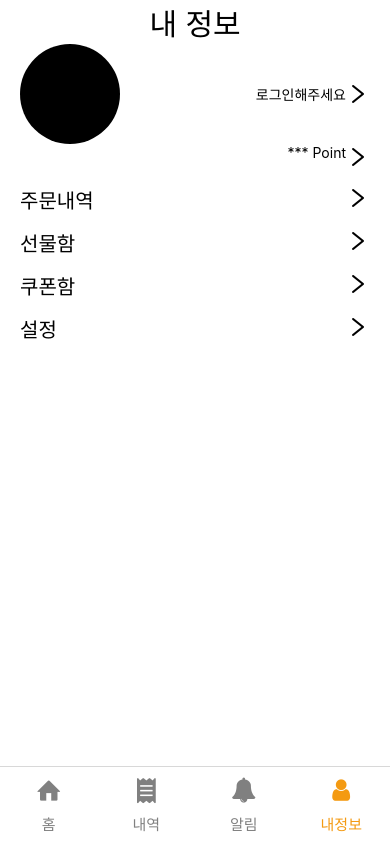
Repository: Unique0902/GachiDutch
Screen: /User
These files come from the project's save history. The screen is drawn as it stood at one moment and after the next save; the edit follows.
The app was drawn by React Native's web renderer in a window 390 px wide. The project was rebuilt for these pictures with package versions that can differ from the ones it lists, and the page was loaded fresh each time. Some packages were replaced by stand-ins written for this rebuild. Also part of the build but not shown: sources/components/lowBar/lowBar.jsx, sources/components/taxi/taxi.jsx, sources/components/alarm/alert.js, sources/components/alarm/alarm.jsx, sources/components/dutch_history/dutch_history.jsx, sources/components/dutchpay_historys/dutchpay_historys.jsx, sources/components/delivery_historys/delivery_historys.jsx, sources/components/taxi_historys/taxi_historys.jsx and 3 more.

Above is the screen before, as saved 2022-11-11 16:27:48.

### App.js
import React from 'react';
import { StyleSheet, Text, View, Image } from 'react-native';
import Home from './sources/components/home/home';
import { NavigationContainer } from '@react-navigation/native';
import { createNativeStackNavigator } from '@react-navigation/native-stack';
import Taxi from './sources/components/taxi/taxi';
import Main from './sources/routes/main/main';
import Login from './sources/routes/login/login';
import HttpClient from './sources/network/http.js';
import ReceiptService from './sources/services/receipt.js';
import Ready from './sources/components/ready/ready';

const Stack = createNativeStackNavigator();
const baseURL = 'https://dutch-server.herokuapp.com';
const httpClient = new HttpClient(baseURL);
const receiptService = new ReceiptService(baseURL);

export default function App() {
  return (
    <>
      <NavigationContainer>
        <Stack.Navigator screenOptions={{ headerShown: false }}>
          <Stack.Screen
            name='Main'
            children={({ navigation, route }) => (
              <Main
                receiptService={receiptService}
                navigation={navigation}
                route={route}
              />
            )}
          />
          <Stack.Screen name='Taxi' component={Taxi} />
          <Stack.Screen name='Login' component={Login} />
          <Stack.Screen name='Ready' component={Ready} />
        </Stack.Navigator>
      </NavigationContainer>
    </>
  );
}

const styles = StyleSheet.create({
  header: {
    flexDirection: 'row',
    alignItems: 'center',
    justifyContent: 'space-between',
    margin: 25,
  },
  main: {},
  container: {
    flex: 1,
    backgroundColor: '#fff',
    alignItems: 'center',
    justifyContent: 'center',
  },
  logo: {
    width: 150,
    height: 30,
  },
});

### sources/components/home/home.jsx
import React, { useRef, useState, useEffect } from 'react';
import {
  StyleSheet,
  Text,
  View,
  Image,
  Button,
  Pressable,
  ScrollView,
  Dimensions,
} from 'react-native';
import { Entypo } from '@expo/vector-icons';
import { FontAwesome } from '@expo/vector-icons';
import { FontAwesome5 } from '@expo/vector-icons';
import LowBar from '../lowBar/lowBar';
import { isLogin, getUid } from '../../services/asyncstorage';
import { StatusBar } from 'react-native';

const Home = ({ login, setLogin, navigation, setUserData, userData }) => {
  const [scrollNum, setScrollNum] = useState(1);
  const windowWidth = Dimensions.get('window').width;
  const statusBarHeight = StatusBar.currentHeight;
  const headerStyle = {
    marginTop: statusBarHeight,
  };
  let advertisementWidth = windowWidth - 40;
  const scrollWidth = parseInt(advertisementWidth);
  let scrollLeft = 0;

  const advertisementStyle = () => {
    return {
      width: advertisementWidth,
    };
  };
  const pageCircleStyle = (num) => {
    if (scrollNum === num) {
      return {
        color: '#FB9700',
      };
    } else {
      return {
        color: '#FFFDD1',
      };
    }
  };
  const scrollRef = useRef();
  return (
    <View style={[styles.home, headerStyle]}>
      <View style={styles.top}>
        <View style={styles.header}>
          <Image
            source={require('../../images/dutch_logo.png')}
            style={styles.logo}
          />
          <Pressable
            onPress={() => {
              navigation.navigate('Ready');
            }}
          >
            <Entypo name='menu' size={35} color='black' />
          </Pressable>
        </View>
        <View style={styles.mainTop}>
          {login ? (
            <View style={styles.onLogin}>
              <Text style={styles.onLoginText}>
                {userData && userData.name}님 반가워요!
              </Text>
            </View>
          ) : (
            <View style={styles.login}>
              <View style={styles.loginTop}>
                <Pressable
                  style={styles.loginBtn}
                  onPress={() =>
                    navigation.navigate('Login', { setLogin, setUserData })
                  }
                >
                  <Text style={[styles.loginText, styles.loginBtnText]}>
                    로그인
                  </Text>
                </Pressable>
                <Text style={styles.loginText}>하시고</Text>
              </View>
              <Text style={styles.loginText}>다양한 혜택을 만나 보세요!</Text>
            </View>
          )}
          <View style={styles.advertisementBox}>
            <ScrollView
              horizontal
              pagingEnabled
              contentContainerStyle={styles.advertisementScroll}
              ref={scrollRef}
              onScroll={(e) => {
                scrollLeft = parseInt(e.nativeEvent.contentOffset.x);
                if (scrollLeft % scrollWidth < 10) {
                  setScrollNum(parseInt(scrollLeft / scrollWidth + 1));
                }
              }}
              scrollEventThrottle={100}
              showsHorizontalScrollIndicator={false}
            >
              <Pressable
                style={[styles.advertisement, advertisementStyle()]}
                onPress={() => {
                  navigation.navigate('Ready');
                }}
              >
                <Image
                  source={require('../../images/advertisement_img.png')}
                  style={styles.advertisementImg}
                />
                <Text style={styles.advertisementText}>
                  같이 더치로{'\n'}편리하게 이용하세요
                </Text>
              </Pressable>
              <Pressable
                style={[styles.advertisement, advertisementStyle()]}
                onPress={() => {
                  navigation.navigate('Ready');
                }}
              >
                <Image
                  source={require('../../images/advertisement_img.png')}
                  style={styles.advertisementImg}
                />
                <Text style={styles.advertisementText}>
                  같이 더치로{'\n'}편리하게 이용하세요
                </Text>
              </Pressable>
              <Pressable
                style={[styles.advertisement, advertisementStyle()]}
                onPress={() => {
                  navigation.navigate('Ready');
                }}
              >
                <Image
                  source={require('../../images/advertisement_img.png')}
                  style={styles.advertisementImg}
                />
                <Text style={styles.advertisementText}>
                  같이 더치로{'\n'}편리하게 이용하세요
                </Text>
              </Pressable>
              <Pressable
                style={[styles.advertisement, advertisementStyle()]}
                onPress={() => {
                  navigation.navigate('Ready');
                }}
              >
                <Image
                  source={require('../../images/advertisement_img.png')}
                  style={styles.advertisementImg}
                />
                <Text style={styles.advertisementText}>
                  같이 더치로{'\n'}편리하게 이용하세요
                </Text>
              </Pressable>
            </ScrollView>
            <View style={styles.pageCircles}>
              <FontAwesome
                style={[styles.pageCircle, pageCircleStyle(1)]}
                name='circle'
                size={10}
                color='white'
              />
              <FontAwesome
                style={[styles.pageCircle, pageCircleStyle(2)]}
                name='circle'
                size={10}
                color='white'
              />
              <FontAwesome
                style={[styles.pageCircle, pageCircleStyle(3)]}
                name='circle'
                size={10}
                color='white'
              />
              <FontAwesome
                style={[styles.pageCircle, pageCircleStyle(4)]}
                name='circle'
                size={10}
                color='white'
              />
            </View>
          </View>
        </View>
      </View>
      <Pressable
        style={styles.event}
        onPress={() => {
          navigation.navigate('Ready');
        }}
      >
        <View>
          <Text style={[styles.eventText, { fontSize: 20 }]}>
            이벤트 {'   '}|
          </Text>
        </View>
        <Text style={[styles.eventText, { fontSize: 15, marginLeft: 20 }]}>
          같이더치 월 결제로 10% 할인받자!
        </Text>
        <Text style={[styles.eventText, { fontSize: 20, marginLeft: 20 }]}>
          {'>'}
        </Text>
      </Pressable>

      <View style={styles.mainBottom}>
        <View style={styles.categories}>
          <View style={styles.topBtns}>
            <View style={styles.btnShadow}>
              <Pressable
                style={styles.goodsBtn}
                onPress={() => {
                  if (login) {
                    navigation.navigate('Taxi', { userData });
                  } else {
                    navigation.navigate('Login', { setLogin, setUserData });
                  }
                }}
              >
                <Image
                  source={require('../../images/taxi_img.png')}
                  style={styles.taxiImg}
                />
                <Text style={[styles.goodText, { marginTop: 20 }]}>택시</Text>
              </Pressable>
            </View>
            <View style={styles.btnShadow}>
              <Pressable
                style={styles.goodsBtn}
                onPress={() => {
                  navigation.navigate('Ready');
                }}
              >
                <Image
                  source={require('../../images/delivery_img.png')}
                  style={styles.taxiImg}
                />
                <Text style={[styles.goodText, { marginTop: 20 }]}>배달</Text>
              </Pressable>
            </View>
          </View>
          <View style={styles.downBtns}>
            <View style={styles.btnShadow}>
              <Pressable
                style={styles.downGoodsBtn}
                onPress={() => {
                  navigation.navigate('Ready');
                }}
              >
                <Image
                  source={require('../../images/taxi_human_img.png')}
                  style={styles.peopleImg}
                />
                <Text
                  style={[styles.goodText, { marginRight: 20, marginLeft: 20 }]}
                >
                  지인끼리
                </Text>
                <Image
                  source={require('../../images/location_img.png')}
                  style={styles.peopleImg}
                />
              </Pressable>
            </View>
          </View>
        </View>
      </View>
    </View>
  );
};

export default Home;

const styles = StyleSheet.create({
  home: {
    flex: 1,
    flexDirection: 'column',
  },
  loginText: {
    paddingVertical: 5,
  },
  header: {
    flexDirection: 'row',
    alignItems: 'center',
    justifyContent: 'space-between',
    margin: 0,
    flex: 1,
  },
  mainTop: {
    flex: 6,
  },
  top: {
    flex: 6,
    padding: 20,
  },
  loginBtn: {},
  login: {
    flex: 2,
    marginTop: 15,
  },
  onLogin: {
    flex: 2,
    marginTop: 15,
  },
  onLoginText: {
    marginTop: 10,
    fontSize: 25,
    fontWeight: '600',
    color: '#444444',
  },
  loginTop: {
    flexDirection: 'row',
    alignItems: 'center',
  },
  loginText: {
    fontSize: 18,
    color: '#444444',
  },
  loginBtnText: {
    color: '#F39910',
    textDecorationLine: 'underline',
    textDecorationStyle: 'solid',
    textDecorationColor: '#000',
  },
  mainBottom: {
    flex: 6,
    padding: 15,
  },
  advertisementScroll: {
    borderRadius: 15,
    position: 'relative',
  },
  advertisementBox: {
    flex: 4,
  },
  advertisement: {
    backgroundColor: '#FBBA00',
    borderRadius: 15,
    position: 'relative',
  },
  advertisementText: {
    color: 'white',
    fontSize: 20,
    fontWeight: '800',
    marginLeft: 30,
    marginTop: 25,
  },
  advertisementImg: {
    width: '100%',
    height: '87%',
    position: 'absolute',
    borderRadius: 20,
    bottom: 0,
  },
  pageCircles: {
    flexDirection: 'row',
    position: 'absolute',
    alignItems: 'center',
    bottom: 4,
    left: 140,
  },
  pageCircle: {
    marginLeft: 3,
    marginRight: 3,
  },
  event: {
    flex: 1,
    backgroundColor: '#3C4451',
    flexDirection: 'row',
    justifyContent: 'center',
    alignItems: 'center',
  },
  categories: {
    flex: 1,
  },
  topBtns: {
    flexDirection: 'row',
    flex: 3,
  },
  downBtns: {
    flex: 2,
  },
  goodsBtn: {
    borderRadius: 20,
    backgroundColor: 'white',
    width: '100%',
    height: '100%',
    alignItems: 'center',
    justifyContent: 'center',
  },
  downGoodsBtn: {
    borderRadius: 20,
    backgroundColor: 'white',
    width: '100%',
    height: '100%',
    flexDirection: 'row',
    justifyContent: 'center',
    alignItems: 'center',
  },
  goodText: {
    fontSize: 20,
    fontWeight: '600',
  },
  btnShadow: {
    flex: 1,
    shadowOffset: {
      width: 0,
      height: 1,
    },
    shadowOpacity: 0.18,
    borderRadius: 20,
    shadowRadius: 1.0,
    elevation: 1,
    margin: 5,
  },
  eventText: {
    color: 'white',
  },
  taxiImg: {
    width: 90,
    height: 90,
  },
  peopleImg: {
    width: 60,
    height: 67,
  },
  logo: {
    width: 150,
    height: 30,
  },
});

### sources/routes/main/main.jsx
import React, { useEffect, useRef, useState } from 'react';
import { View, Button, Text } from 'react-native';
import Home from '../../components/home/home';
import LowBar from '../../components/lowBar/lowBar';
import User from '../../components/user/user';
import Alarm from '../../components/alarm/alarm';
import Receipt from '../../components/receipt/receipt';
import { createBottomTabNavigator } from '@react-navigation/bottom-tabs';
import { Entypo } from '@expo/vector-icons';
import { FontAwesome } from '@expo/vector-icons';
import { FontAwesome5 } from '@expo/vector-icons';
import { isLogin, matchUserData } from '../../services/asyncstorage';

const Tab = createBottomTabNavigator();

const Main = ({ receiptService, navigation, route }) => {
  const [login, setLogin] = useState(false);
  const [userData, setUserData] = useState(null);
  useEffect(() => {
    isLogin().then((result) => {
      if (result) {
        setLogin(true);
        console.log('로그인 되어있음!');
        matchUserData(setUserData);
      } else {
        setLogin(false);
        console.log('로그인 안되어있음!');
      }
    });
  }, [login]);
  return (
    <>
      <View style={{ flex: 14 }}>
        <Tab.Navigator
          screenOptions={({ route }) => ({
            tabBarIcon: ({ color, size }) => {
              if (route.name === 'Home') {
                return <Entypo name='home' size={size} color={color} />;
              } else if (route.name === 'Receipt') {
                return (
                  <FontAwesome5 name='receipt' size={size} color={color} />
                );
              } else if (route.name === 'Alarm') {
                return <FontAwesome name='bell' size={size} color={color} />;
              } else if (route.name === 'User') {
                return <FontAwesome name='user' size={size} color={color} />;
              }
            },
            tabBarStyle: { flex: 0.1 },
            tabBarLabelStyle: {
              fontSize: 15,
              marginBottom: 10,
              fontWeight: '500',
            },
            tabBarActiveTintColor: '#F49A11',
            tabBarInactiveTintColor: 'gray',
            headerShown: false,
          })}
        >
          <Tab.Screen
            name='Home'
            options={({ route, navigation }) => {
              return { tabBarLabel: '홈' };
            }}
            children={({ navigation }) => (
              <Home
                login={login}
                setLogin={setLogin}
                navigation={navigation}
                setUserData={setUserData}
                userData={userData}
              />
            )}
          />
          <Tab.Screen
            name='Receipt'
            options={({ route, navigation }) => {
              return { tabBarLabel: '내역' };
            }}
            children={({ navigation, route }) => (
              <Receipt
                login={login}
                navigation={navigation}
                receiptService={receiptService}
                userData={userData}
                route={route}
              />
            )}
          />
          <Tab.Screen
            options={({ route, navigation }) => {
              return { tabBarLabel: '알림' };
            }}
            name='Alarm'
            children={({ navigation }) => (
              <Alarm login={login} navigation={navigation} />
            )}
          />
          <Tab.Screen
            options={({ route, navigation }) => {
              return { tabBarLabel: '내정보' };
            }}
            name='User'
            children={({ navigation }) => (
              <User
                login={login}
                setLogin={setLogin}
                navigation={navigation}
                setUserData={setUserData}
                userData={userData}
              />
            )}
          />
        </Tab.Navigator>
      </View>
    </>
  );
};

export default Main;

### sources/network/http.js
export default class HttpClient {
  constructor(baseURL) {
    this.baseURL = baseURL;
  }

  async fetch(url, options) {
    const res = await fetch(`${this.baseURL}${url}`, {
      ...options,
      headers: {
        'Content-Type': 'application/json',
        ...options.headers,
      },
    });
    let data;
    try {
      data = await res.json();
    } catch (error) {
      console.error(error);
    }

    if (res.status > 299 || res.status < 200) {
      const message =
        data && data.message ? data.message : 'Something went wrong! 🤪';
      const error = new Error(message);
      throw error;
    }
    return data;
  }
}

### sources/services/receipt.js
export default class ReceiptService {
  constructor(http) {
    this.http = http;
  }

  getTexiHistorys = async (userId) => {
    return await fetch(`${this.http}/receipt/all/${userId}`, {
      method: 'GET',
    });
  };
}

### sources/services/asyncstorage.js
import AsyncStorage from '@react-native-async-storage/async-storage';

export const isLogin = async () => {
  try {
    const loginDatas = await AsyncStorage.getItem('loginDatas');
    console.log(loginDatas);
    if (loginDatas) {
      return true;
    } else {
      return false;
    }
  } catch (e) {
    console.error(e);
  }
};

export const logout = async () => {
  try {
    await AsyncStorage.removeItem('loginDatas');
  } catch (error) {
    console.error(error);
  }
};

export const getRefreshToken = async () => {
  try {
    const loginDatas = await AsyncStorage.getItem('loginDatas');
    if (loginDatas) {
      return JSON.parse(loginDatas).refreshToken;
    }
  } catch (e) {
    console.error(e);
  }
};

export const getUid = async () => {
  try {
    const loginDatas = await AsyncStorage.getItem('loginDatas');
    if (loginDatas) {
      return JSON.parse(loginDatas).uid;
    }
  } catch (e) {
    console.error(e);
  }
};

export const matchUserData = async (setUserData) => {
  try {
    const loginDatas = await AsyncStorage.getItem('loginDatas');
    if (loginDatas) {
      return setUserData(JSON.parse(loginDatas));
    }
  } catch (e) {
    console.error(e);
  }
};

### sources/components/user/user.jsx
import React, { useEffect, useRef, useState } from 'react';
import { StatusBar } from 'react-native';
import {
  StyleSheet,
  Text,
  View,
  Pressable,
  ScrollView,
  Image,
} from 'react-native';
import { AntDesign } from '@expo/vector-icons';
import { isLogin, logout } from '../../services/asyncstorage';

export default function User({
  login,
  setLogin,
  navigation,
  setUserData,
  userData,
}) {
  const statusBarHeight = StatusBar.currentHeight;
  const headerStyle = {
    marginTop: statusBarHeight,
  };
  const onProfilePress = () => {
    console.log('profile pressed');
  };
  const onProfileInfoPress = () => {
    if (login) {
    } else {
      navigation.navigate('Login', { setLogin: setLogin });
    }
  };
  useEffect(() => {
    console.log(login);
  }, []);
  return (
    <View style={styles.container}>
      <View>
        <Text style={[styles.header, headerStyle]}>내 정보</Text>
      </View>
      <View>
        <View style={styles.profileArea}>
          <Pressable onPress={onProfilePress}>
            <Image style={styles.profileImage} />
          </Pressable>

          <Pressable
            onPress={() => {
              onProfileInfoPress();
            }}
            style={styles.infoClickArea}
          >
            <View>
              {login ? (
                <>
                  <Text style={styles.pointText}>
                    {userData && userData.name} 님
                  </Text>
                </>
              ) : (
                <>
                  <Text>로그인해주세요</Text>
                </>
              )}
            </View>
            <AntDesign name='right' size={24} color='black' />
          </Pressable>
        </View>

        <Pressable
          style={{
            flexDirection: 'column',
            alignItems: 'flex-end',
            marginBottom: 15,
          }}
        >
          <View style={{ flexDirection: 'row' }}>
            <Text>*** </Text>
            <Text>Point</Text>
            <AntDesign name='right' size={24} color='black' />
          </View>
        </Pressable>
      </View>

      <ScrollView>
        <Pressable style={styles.enterMenu}>
          <Text style={styles.menuText}>주문내역</Text>
          <AntDesign name='right' size={24} color='black' />
        </Pressable>
        <Pressable style={styles.enterMenu}>
          <Text style={styles.menuText}>선물함</Text>
          <AntDesign name='right' size={24} color='black' />
        </Pressable>
        <Pressable style={styles.enterMenu}>
          <Text style={styles.menuText}>쿠폰함</Text>
          <AntDesign name='right' size={24} color='black' />
        </Pressable>
        <Pressable style={styles.enterMenu}>
          <Text style={styles.menuText}>설정</Text>
          <AntDesign name='right' size={24} color='black' />
        </Pressable>
        {login && (
          <Pressable style={styles.logoutBtn}>
            <Text
              style={styles.logoutText}
              onPress={() => {
                logout().then(() => {
                  setLogin(false);
                  console.log('로그아웃됨!');
                  setUserData(null);
                  navigation.navigate('Main', { screen: 'Home' });
                });
              }}
            >
              로그아웃
            </Text>
          </Pressable>
        )}
      </ScrollView>
    </View>
    //내정보
  );
}

const styles = StyleSheet.create({
  container: {
    flex: 1,
    backgroundColor: '#fff',
    paddingHorizontal: 20,
  },
  header: {
    fontSize: 30,
    alignSelf: 'center',
  },
  enterMenu: {
    justifyContent: 'space-between',
    flexDirection: 'row',
    marginBottom: 14,
  },
  menuText: {
    fontSize: 20,
    fontWeight: '500',
  },
  pointText: {
    fontSize: 20,
    fontWeight: '500',
  },
  profileImage: {
    width: 100,
    height: 100,
    borderRadius: 100,
    backgroundColor: 'black',
  },
  infoArea: {
    flexDirection: 'column',
  },
  infoClickArea: {
    flexDirection: 'row',
    alignItems: 'center',
    justifyContent: 'space-between',
  },
  infoText: {
    fontSize: 24,
    fontWeight: '500',
  },
  profileArea: {
    flexDirection: 'row',
    justifyContent: 'space-between',
  },
  logoutBtn: {},
  logoutText: {
    fontSize: 20,
    fontWeight: '500',
    color: 'red',
  },
});

Loaded but not shown: index.js (common file)

After the next save:
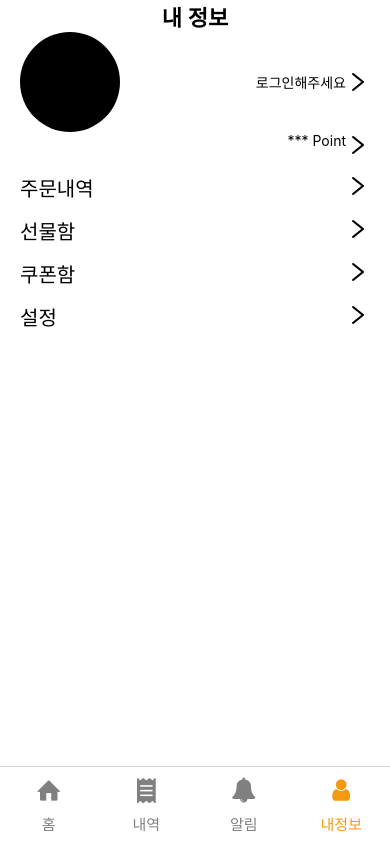
Saved 27 s later.
--- a/sources/components/user/user.jsx
+++ b/sources/components/user/user.jsx
@@ -130,7 +130,8 @@ const styles = StyleSheet.create({
     paddingHorizontal: 20,
   },
   header: {
-    fontSize: 30,
+    fontSize: 22,
+    fontWeight: '600',
     alignSelf: 'center',
   },
   enterMenu: {
